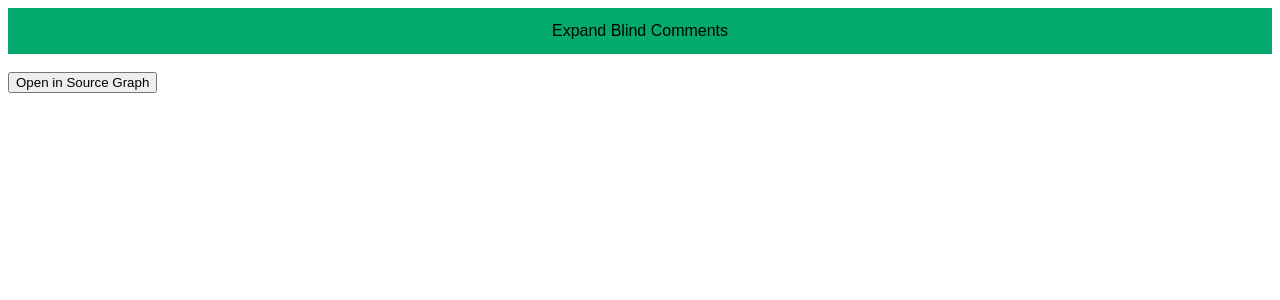
Repository: duckladydinh/customize
Page: popup.html
An editor plug-in stored every save of this project. The page is shown before and after the next save, followed by the edit.
The browser window is 1280 px wide. The pictures show the whole page.

Above is the page before, as saved 2022-04-13 22:11:03.
Console error: TypeError: Cannot read properties of null (reading 'addEventListener')

### popup.html
<!DOCTYPE html>
<html">
  <head>
    <link rel="stylesheet" href="popup.css">
  </head>
  <body>
    <button id="ExpandBlindComments" class="block">Expand Blind Comments</button>
    <br/>
    <button id="OpenInSourceGraph">Open in Source Graph</button>
    <script src="popup.js"></script>
  </body>
</html>

### popup.css
.block {
    display: block;
    width: 100%;
    border: none;
    background-color: #04AA6D;
    padding: 14px 28px;
    font-size: 16px;
    cursor: pointer;
    text-align: center;
}

### popup.js
document.getElementById('runCode').addEventListener('click', async () => {
  let [tab] = await chrome.tabs.query({ active: true, currentWindow: true })

  if (tab.url.includes('teamblind.com')) {
    chrome.scripting.executeScript({
      target: { tabId: tab.id },
      function: async () => {
        let sleep = (delay) =>
          new Promise((resolve) => setTimeout(resolve, delay))

        let findViewMoreBtn = () => {
          let buttons = [
            ...document.getElementsByClassName('btn_more'),
          ].filter((btn) => btn.innerText.includes('+ View more comments...'))
          if (buttons.length != 1) {
            return null
          }
          return buttons[0]
        }

        console.log('Expanding comments...')
        let times = 0
        while (true) {
          let btn = findViewMoreBtn()
          if (btn == null) {
            break
          }
          btn.click()
          times += 1
          await sleep(2500)
        }
        console.log(`Finished expanding comments ${times} time(s)!`)
      },
    })
  } else {
    chrome.scripting.executeScript({
      target: { tabId: tab.id },
      function: async () => {
        console.log('This code is only active on teamblind.com.')
      },
    })
  }
})

async function getCurrentTab() {
  let queryOptions = { active: true, currentWindow: true }
  let [tab] = await chrome.tabs.query(queryOptions)
  return tab
}

document
  .getElementById('OpenInSourceGraph')
  .addEventListener('click', async () => {
    let [tab] = await chrome.tabs.query({ active: true, currentWindow: true })
    if (tab.url.includes('github.com')) {
        let username = tab.url.match(/github.com\/([^/]+)/);
        if (!username) {
            return;
        }

        let path = tab.url.match(/tree\/[^/]+\/(.+)/);
        if (!path) {
            return;
        }

        let queryParams = [];
        queryParams.push()

    } else {
      chrome.scripting.executeScript({
        target: { tabId: tab.id },
        function: async () => {
          console.log('This code is only active on github.com.')
        },
      })
    }
  })

After the next save:
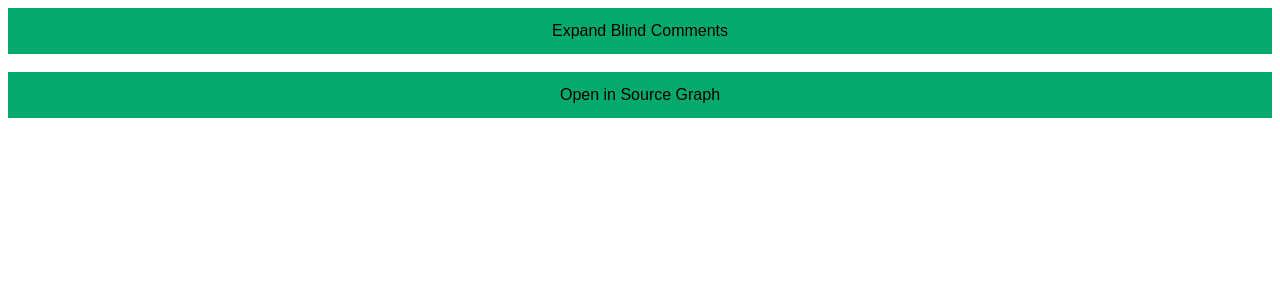
Saved 8 s later.
--- a/popup.html
+++ b/popup.html
@@ -6,7 +6,7 @@
   <body>
     <button id="ExpandBlindComments" class="block">Expand Blind Comments</button>
     <br/>
-    <button id="OpenInSourceGraph">Open in Source Graph</button>
+    <button id="OpenInSourceGraph" class="block">Open in Source Graph</button>
     <script src="popup.js"></script>
   </body>
 </html>
